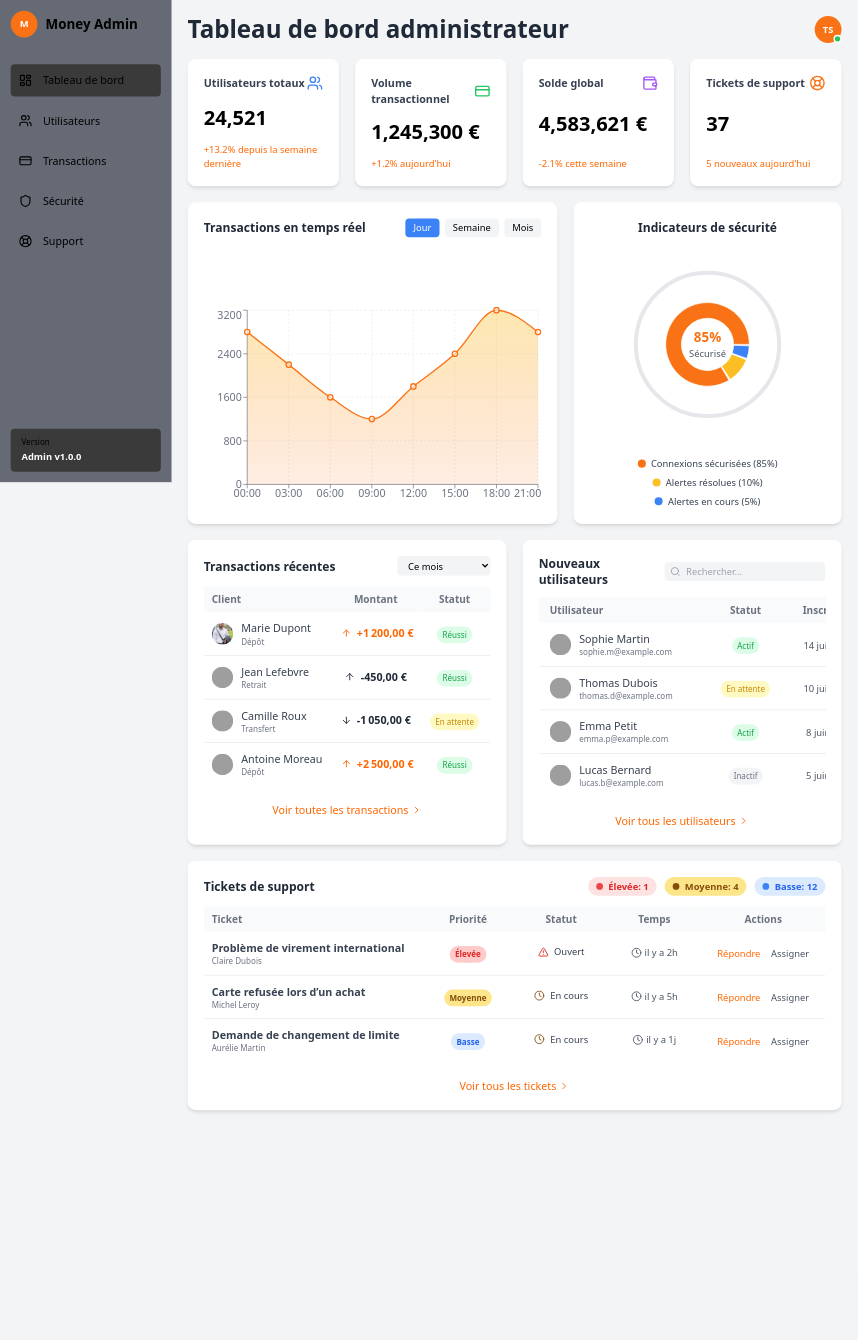
Repository: Edongo999/Dashboard
Page: /
The author's editor kept a copy of each file at every save. The page is drawn from the files as they stood at one save, then again after the next save.
The browser window is 1280 px wide. The pictures show the whole page, at 67% of full size.
Pictures or frames that could not be fetched are drawn as grey boxes. The project was rebuilt for these pictures with package versions that can differ from the ones it lists, and the page was loaded fresh each time. Also part of the build but not shown: vite.config.ts.

Above is the page before, as saved 2025-10-15 07:36:59.

After the next save:
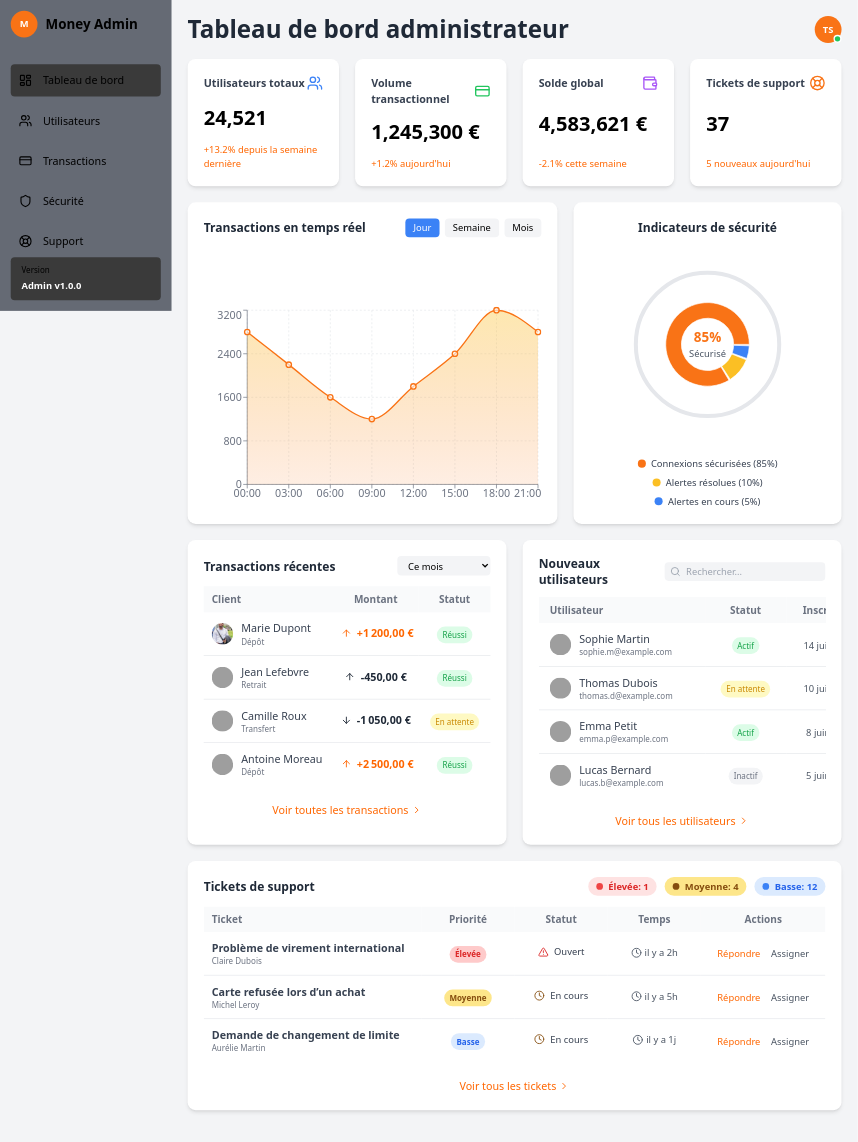
Saved 33 s later.
--- a/src/App.tsx
+++ b/src/App.tsx
@@ -45,7 +45,7 @@ const App = () => {
     <div className="flex min-h-screen bg-[#F3F4F6]">
 
       {/* ✅ Sidebar desktop avec fond gris et hauteur personnalisable */}
-      <div className="hidden lg:flex flex-col w-64 bg-[#F3F4F6] h-[2000px]">
+      <div className="hidden lg:flex flex-col w-64 bg-[#F3F4F6] h-[440px]">
         <Sidebar />
         <div className="flex-1 bg-[#F3F4F6]" />
       </div>
